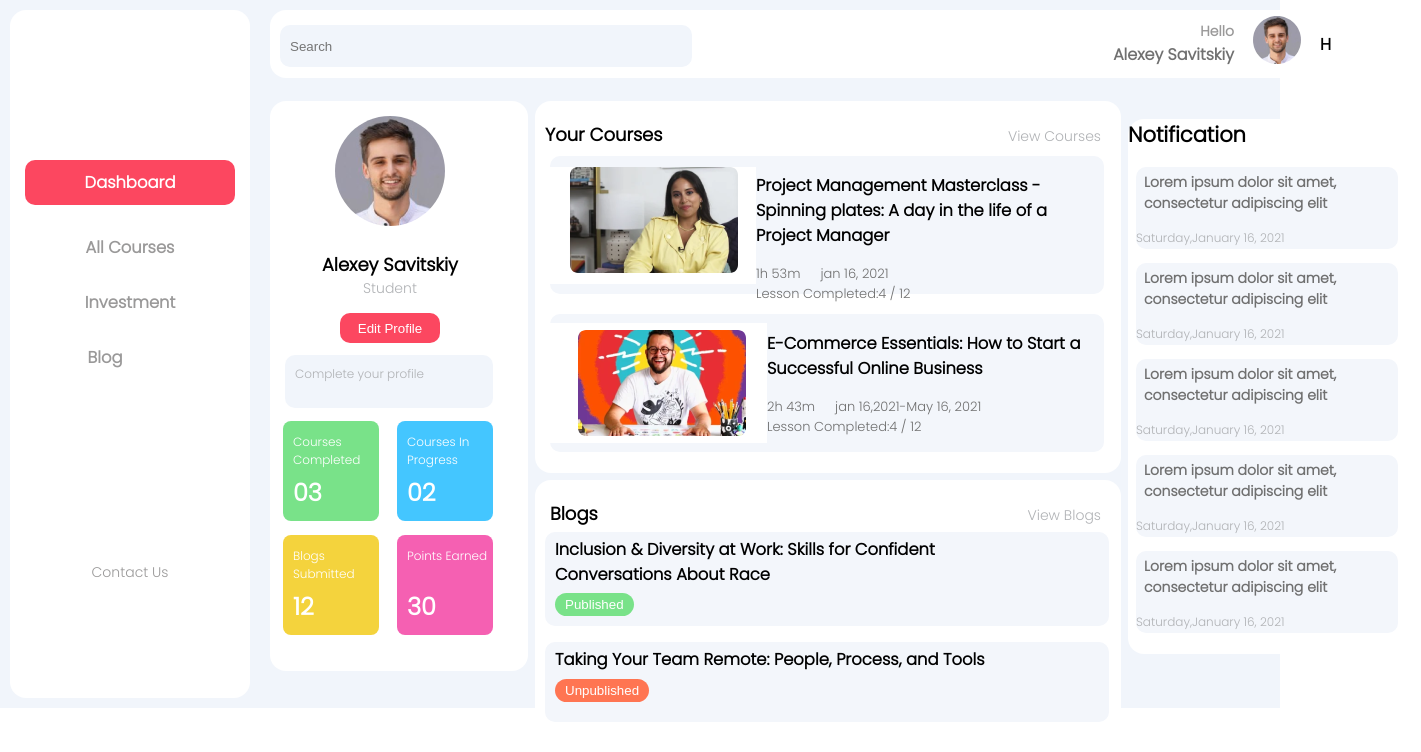
Repository: Anuruddha00/dashboard-design
Page: /
An editor plug-in stored every save of this project. The page is shown before and after the next save, followed by the edit.
The browser window is 1280 px wide. The page is 1421 px wide, so the pictures cover 1421 px, including what lies to the right of the window. The pictures show the whole page.
The project was rebuilt for these pictures with package versions that can differ from the ones it lists, and the page was loaded fresh each time.

Above is the page before, as saved 2021-05-07 23:56:15.

After the next save:
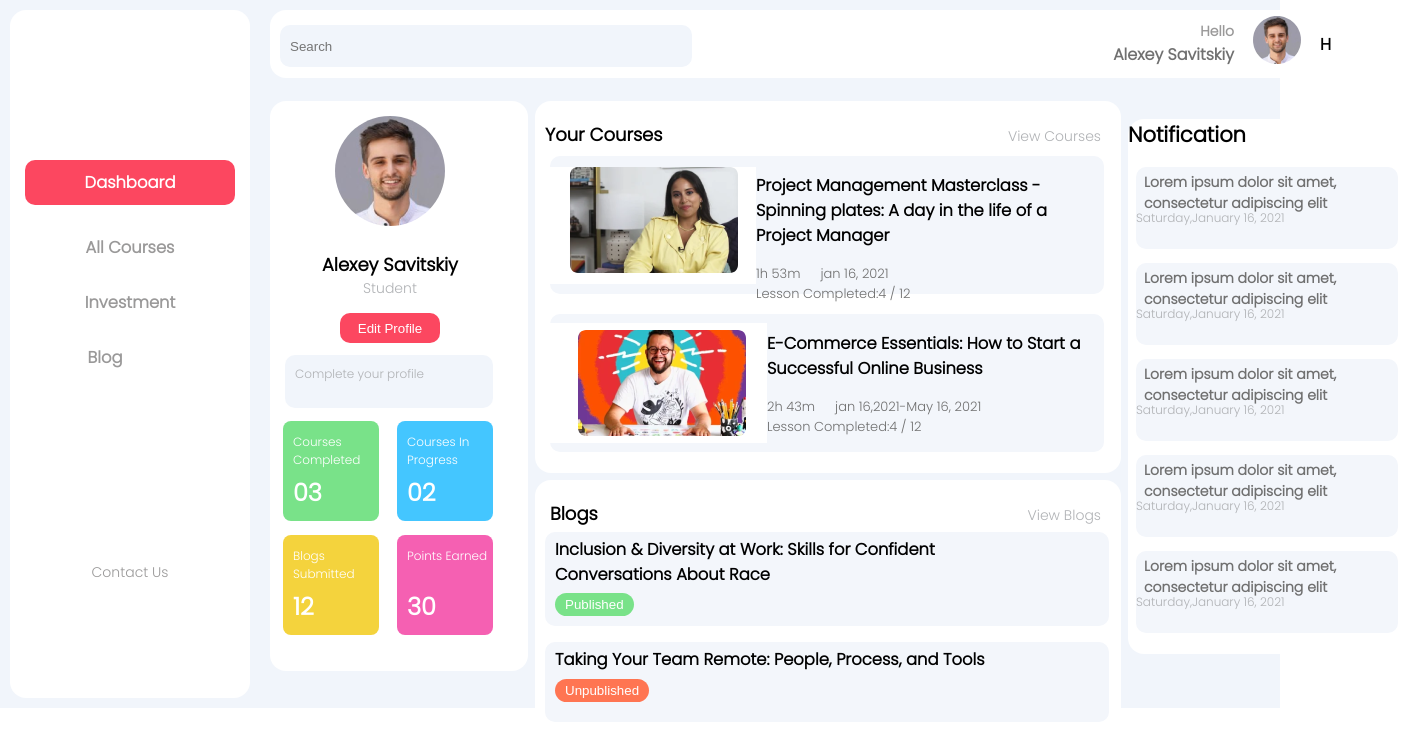
Saved 4 s later.
--- a/src/containers/Dashboard/Dashboard.scss
+++ b/src/containers/Dashboard/Dashboard.scss
@@ -462,7 +462,7 @@ body{
                                 }
                                 p{
                                     position: absolute;
-                                    top: 50px;
+                                    top: 30px;
                                 }
                             }
                         }
